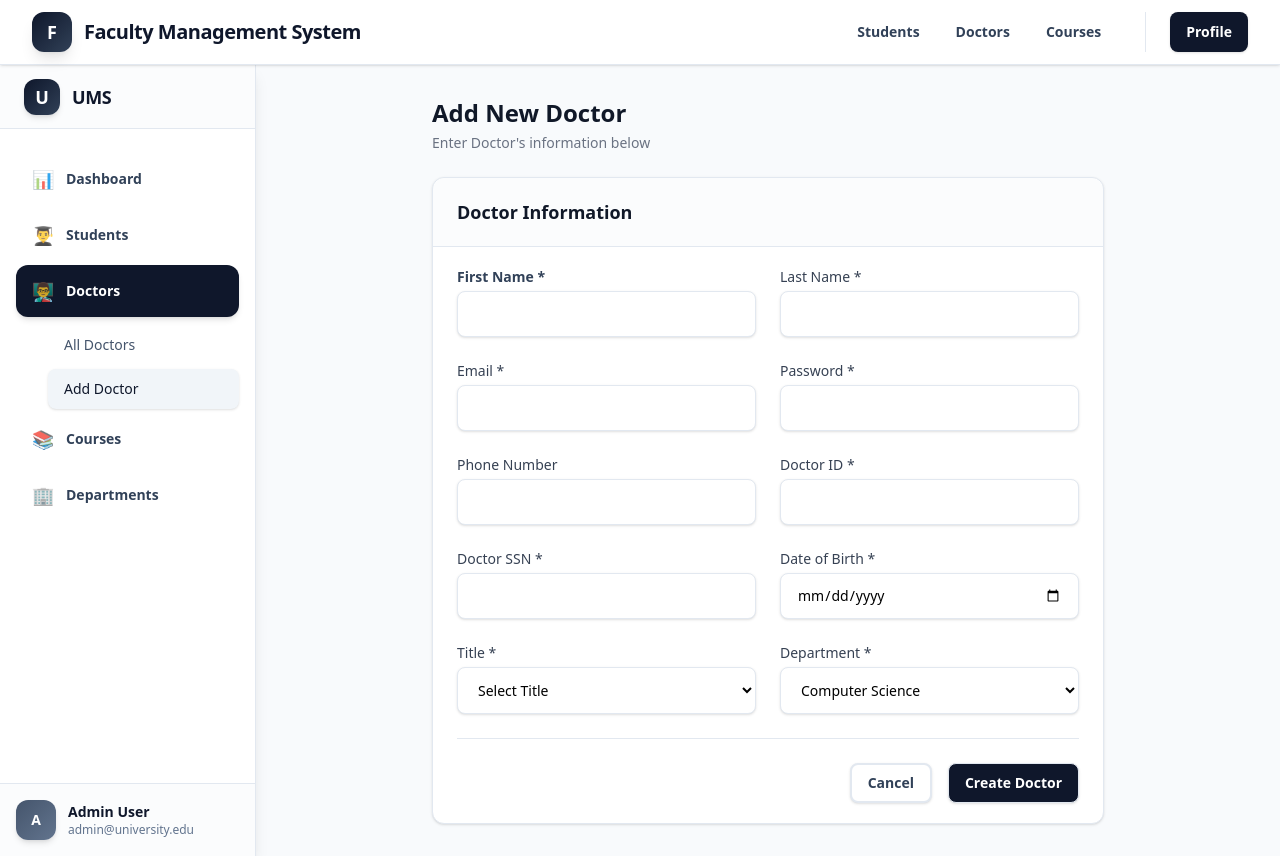
Repository: Mohamedmohsen179/Advanced-DB-Task
Page: /doctors/new (app in frontend/)
An editor plug-in stored every save of this project. The page is shown before and after the next save, followed by the edit.
The browser window is 1280 px wide. The pictures show the whole page.
The project was rebuilt for these pictures with package versions that can differ from the ones it lists, and the page was loaded fresh each time. The framework's server and built-in components were replaced by stand-ins that run in the browser. Settings that the repository does not hold, such as keys and server addresses, were given made-up values. Also part of the build but not shown: frontend/next.config.ts.

Above is the page before, as saved 2025-11-28 19:13:52.

After the next save:
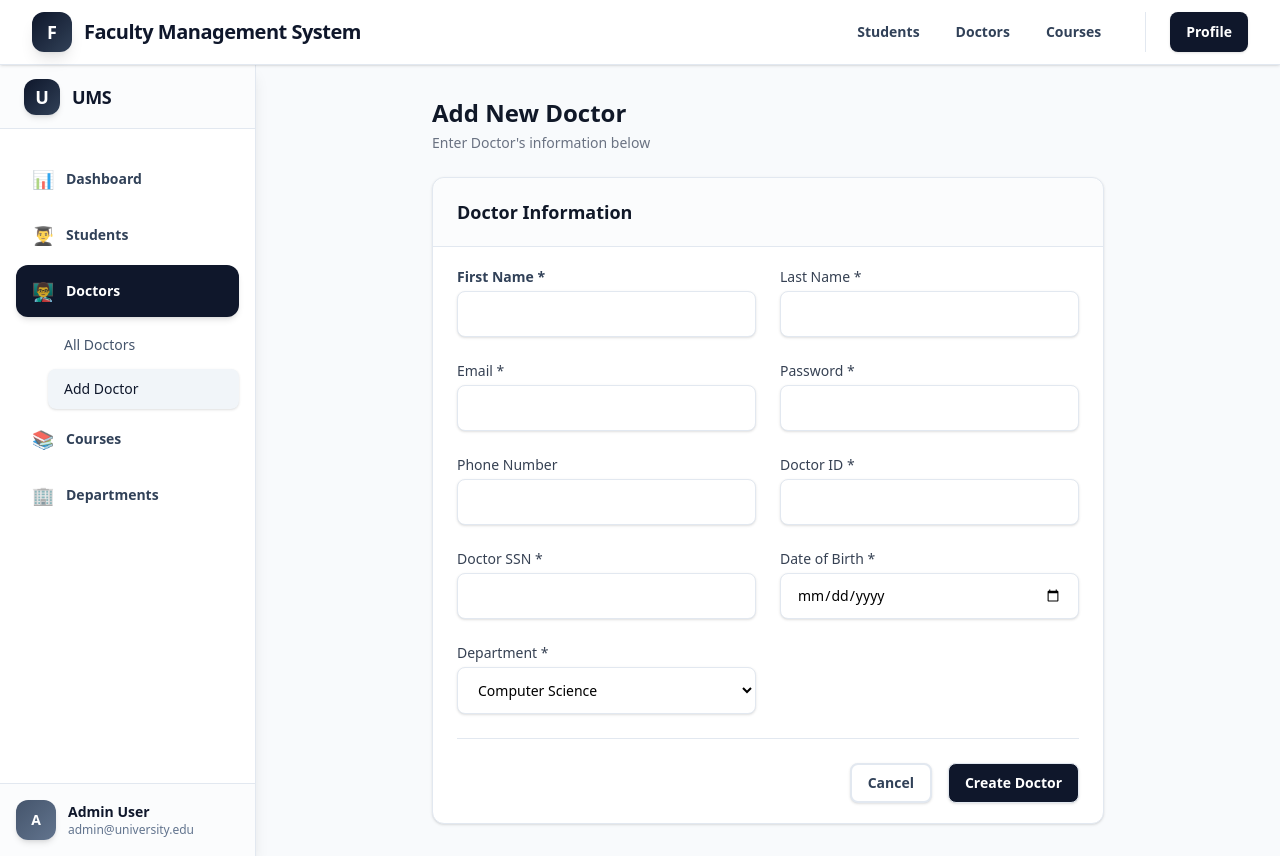
Saved 27 s later.
--- a/frontend/app/doctors/new/page.tsx
+++ b/frontend/app/doctors/new/page.tsx
@@ -249,26 +249,6 @@ export default function NewDoctorPage() {
                 />
               </div>
 
-              <div>
-                <label htmlFor="title" className="block text-sm font-medium text-gray-700">
-                  Title *
-                </label>
-                <select
-                  id="title"
-                  name="title"
-                  required
-                  value={formData.title}
-                  onChange={handleInputChange}
-                  className="text-black mt-1 block w-full border border-slate-300 rounded-lg px-4 py-3 text-sm focus:outline-none focus:ring-2 focus:ring-slate-500 focus:border-slate-500 transition-all duration-200 bg-white shadow-sm"
-                >
-                  <option value="">Select Title</option>
-                  <option value="Professor">Professor</option>
-                  <option value="Associate Professor">Associate Professor</option>
-                  <option value="Assistant Professor">Assistant Professor</option>
-                  <option value="Lecturer">Lecturer</option>
-                  <option value="Instructor">Instructor</option>
-                </select>
-              </div>
 
               <div>
                 <label htmlFor="departmentId" className="block text-sm font-medium text-gray-700">
